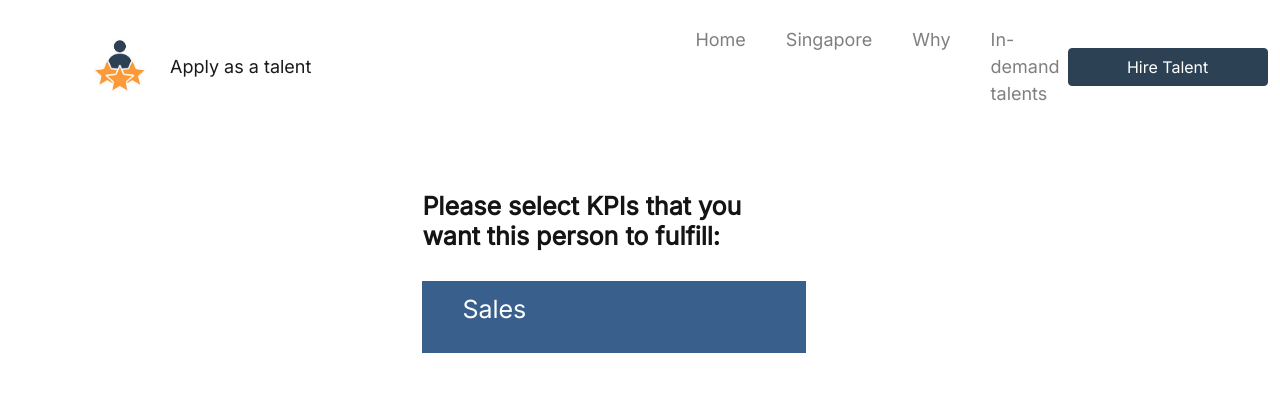
Repository: Ashwe9/talent-hire-reactJs
Page: /kpis
An editor plug-in stored every save of this project. The page is shown before and after the next save, followed by the edit.
The browser window is 1280 px wide. The pictures show the whole page.
The project was rebuilt for these pictures with package versions that can differ from the ones it lists, and the page was loaded fresh each time. A package was used in the major version that the imports need, not the one package.json lists. Also part of the build but not shown: src/homePage/components/TrustedBy/TrustedBy.css, src/homePage/components/TrustedBy/TrustedBy.js, src/homePage/components/Roles/Roles.css, src/homePage/components/Roles/Roles.js, src/homePage/components/homePageFooter/HomePageFooter.css, src/homePage/components/homePageFooter/HomePageFooter.js, src/homePage/HomePage.js, src/projectDetails/ProjectDetails.js.

Above is the page before, as saved 2022-08-18 14:01:19.

### public/index.html
<!DOCTYPE html>
<html lang="en">
  <head>
    <meta charset="utf-8" />
    <link rel="icon" href="%PUBLIC_URL%/favicon.ico" />
    <meta name="viewport" content="width=device-width, initial-scale=1" />
    <meta name="theme-color" content="#000000" />
    <meta
      name="description"
      content="Web site created using create-react-app"
    />
    <link rel="apple-touch-icon" href="%PUBLIC_URL%/logo192.png" />
    <link rel="manifest" href="%PUBLIC_URL%/manifest.json" />
    <link rel="stylesheet" href="https://stackpath.bootstrapcdn.com/bootstrap/4.4.1/css/bootstrap.min.css" integrity="sha384-Vkoo8x4CGsO3+Hhxv8T/Q5PaXtkKtu6ug5TOeNV6gBiFeWPGFN9MuhOf23Q9Ifjh" crossorigin="anonymous">
    <link href='https://fonts.googleapis.com/css?family=Inter' rel='stylesheet'>

    <title>App</title>
  </head>
  <body>
    <noscript>You need to enable JavaScript to run this app.</noscript>
    <div id="root"></div>
    <script src="https://code.jquery.com/jquery-3.4.1.slim.min.js" integrity="sha384-J6qa4849blE2+poT4WnyKhv5vZF5SrPo0iEjwBvKU7imGFAV0wwj1yYfoRSJoZ+n" crossorigin="anonymous"></script>
    <script src="https://cdn.jsdelivr.net/npm/popper.js@1.16.0/dist/umd/popper.min.js" integrity="sha384-Q6E9RHvbIyZFJoft+2mJbHaEWldlvI9IOYy5n3zV9zzTtmI3UksdQRVvoxMfooAo" crossorigin="anonymous"></script>
    <script src="https://stackpath.bootstrapcdn.com/bootstrap/4.4.1/js/bootstrap.min.js" integrity="sha384-wfSDF2E50Y2D1uUdj0O3uMBJnjuUD4Ih7YwaYd1iqfktj0Uod8GCExl3Og8ifwB6" crossorigin="anonymous"></script>  </body>
</html>

### src/App.js
import React from 'react'
import { BrowserRouter as Router, Route, Switch } from 'react-router-dom';
import { HomePage } from './homePage/HomePage';
import KPISPage from './kpisPage/KPISPage';
import ProjectDetails from './projectDetails/ProjectDetails';

function App() {
  return (
    <Router>
      <Switch>
        <Route exact path="/" component={HomePage} />
        <Route exact path="/kpis" component={KPISPage} />
        <Route exact path="/projectdetails" component={ProjectDetails} />
      </Switch>
    </Router>
  );
}

export default App;

### src/kpisPage/KPISPage.js
import React from 'react'
import './KPISPage.css'
import { Navbar } from '../shared-components/Navbar/Navbar'
import Header from './Header'
import DropDown from './DropDown'

const KPISPage = () => {
  return (
    <div>
      <Navbar />
      <Header />
      <DropDown title="Sales"/>
    </div>
  )
}

export default KPISPage

### src/shared-components/Navbar/Navbar.js
import React from 'react'
import './Navbar.css'

export const Navbar = () => {
  return (
    <nav className="navbar navbar-expand-lg navbar-light">
      <img src= {require('../../assets/icon.png')} className="icon"/>
      <a className="navbar-brand title" href="#">Apply as a talent</a>
      <button className="navbar-toggler" type="button" data-toggle="collapse" data-target="#navbarText" aria-controls="navbarText" aria-expanded="false" aria-label="Toggle navigation">
        <span className="navbar-toggler-icon"></span>
      </button>
      <div className="collapse navbar-collapse" id="navbarText">
        <ul className="navbar-nav mr-auto">
          <li className="nav-item">
            <a className="nav-link" href="#">Home</a>
          </li>
          <li className="nav-item">
            <a className="nav-link" href="#">Singapore</a>
          </li>
          <li className="nav-item">
            <a className="nav-link" href="#">Why</a>
          </li>
          <li className="nav-item">
            <a className="nav-link" href="#">In-demand talents</a>
          </li>
        </ul>
        <span className="navbar-text">
          <button className='btn btn-dark navbar-btn'>Hire Talent</button>
        </span>
      </div>
    </nav>
  )
}

### src/kpisPage/Header.js
import React from 'react'
import './Header.css'

const Header = () => {
  return (
    <div className='header-box'>
        <p className='header-by-title'>
            Please select KPIs that you want this person to fulfill:
        </p>
    </div>
  )
}

export default Header

### src/kpisPage/DropDown.js
import React from 'react'
import './DropDown.css'

const DropDown = ({title}) => {
  return (
    <div className='dropdown-box'>
        <p className='dropdown-title'>{title}</p>
    </div>
  )
}

export default DropDown

### src/shared-components/Navbar/Navbar.css
.icon{
    width: 80px;
}

.title{
    font-family: "Inter";
    font-style: normal;
    font-weight: 500;
    font-size: 18px;
    line-height: 28px;
    align-items: center;
    color: #444444;
    padding-left: 10px;
}

#navbarText{
    margin-left: 30%;
}
.navbar-items{
    margin: 0 35%;

}

.nav-item{
    font-family: "Inter";
    font-style: normal;
    font-weight: 500;
    font-size: 18px;
    align-items: center;
    color: #444444;
    padding-left: 24px;
}

.navbar-btn{
    font-family: "Inter";
    font-style: bold;
    background: #2c4154;
    /* padding: 5px 50px; */
    border-color: #2c4154;
    width: 200px;
}

.navbar{
    margin: 10px 5%;
}

@media only screen and (max-width: 600px) {
    body {
      background-color: lightblue;
    }
  }

### src/kpisPage/Header.css
.header-box{
    margin: 30px 30%;
    padding: 3%;
    padding-bottom: 0%;
    align-items: center;
    width: 35%;
}

.header-by-title{
    font-family: "Inter";
    font-style: bolder;
    font-weight: 700;
    font-size: 25px;
    line-height: 30px;
    align-items: center;
    color: #141414;
}


@media only screen and (max-width: 700px) {

    .header-by-title{
        font-size: 16px;
    }

    .header-box{
        margin-left: 90px;
        width: 100%;
    }
  }
@media only screen and (max-width: 450px) {
    .header-by-title{
        font-size: 13px;
    }
    .header-box{
        margin-left: 70px;
        width: 100%;
    }
}

### src/kpisPage/DropDown.css
.dropdown-box{
    margin: 0px 33%;
    align-items: center;
    padding-top: 1%;
    padding-bottom: 1%;
    width: 30%;
    background-color: #395f8c;
}

.dropdown-title{
    font-family: "Inter";
    font-style: bolder;
    font-weight: 300;
    font-size: 25px;
    line-height: 30px;
    align-items: center;
    color: white;
    margin-left: 40px;
}


@media only screen and (max-width: 700px) {

    .dropdown-by-title{
        font-size: 16px;
    }

    .dropdown-box{
        margin-left: 90px;
        width: 100%;
    }
  }
@media only screen and (max-width: 450px) {
    .dropdown-by-title{
        font-size: 13px;
    }
    .dropdown-box{
        margin-left: 70px;
        width: 100%;
    }
}

Loaded but not shown: src/index.js (common file); src/reportWebVitals.js (common file); src/index.css (no stored copy; drawn as an empty file); src/kpisPage/KPISPage.css (no stored copy; drawn as an empty file)

After the next save:
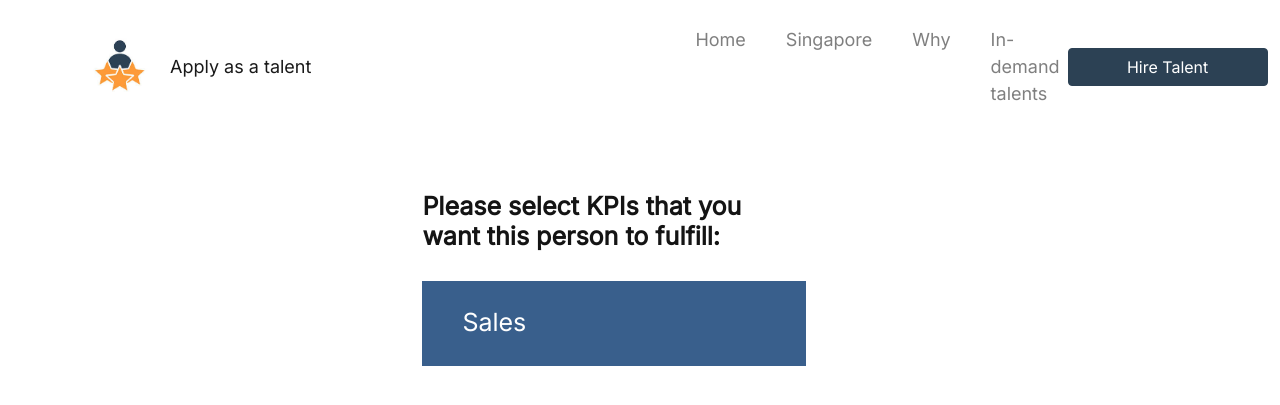
Saved 11 s later.
--- a/src/kpisPage/DropDown.css
+++ b/src/kpisPage/DropDown.css
@@ -1,7 +1,7 @@
 .dropdown-box{
     margin: 0px 33%;
     align-items: center;
-    padding-top: 1%;
+    padding-top: 2%;
     padding-bottom: 1%;
     width: 30%;
     background-color: #395f8c;
